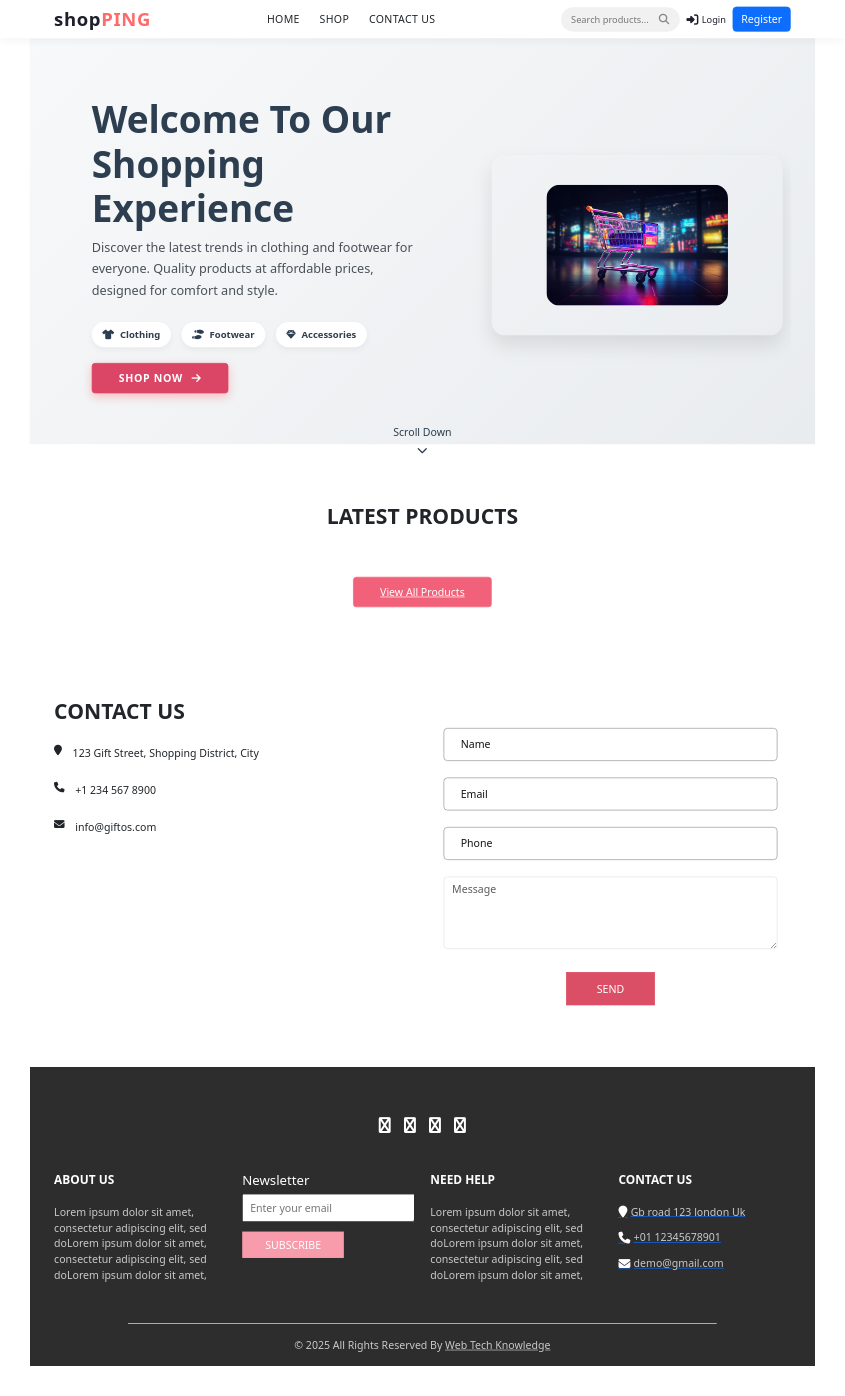
Repository: hahuuchinh2501/ecommerce_project
Page: http://localhost/
These files come from the project's save history. The page is drawn as it stood at one moment and after the next save; the edit follows.
The browser window is 1280 px wide. The pictures show the whole page, at 66% of full size.
The page is served by the project's Laravel application, run on PHP 8.4 with Laravel 12. Other server files are loaded and not shown. Queries for data that is not in the repository find no rows.

Above is the page before, as saved 2025-04-09 15:57:39.

### app/Models/Product.php
<?php

namespace App\Models;

use Illuminate\Database\Eloquent\Factories\HasFactory;
use Illuminate\Database\Eloquent\Model;

class Product extends Model
{
    use HasFactory;

    protected $fillable = [
        'title',
        'description',
        'price',
        'image1',
        'image2',
        'image3',
        'category_id'
    ];

    public function category()
    {
        return $this->belongsTo(Category::class);
    }
}

### resources/views/home/index.blade.php
<!DOCTYPE html>
<html>

<head>
  @include('home.css')
</head>

<body>
  <div class="hero_area">
    <!-- header section strats -->
   @include('home.header')
    <!-- end header section -->
    <!-- slider section -->
    @include('home.slider')

    <!-- end slider section -->
  </div>
  <!-- end hero area -->

  <!-- shop section -->

    @include('home.product')

  <!-- end shop section -->







  <!-- contact section -->

  @include('home.contact')
  <!-- end contact section -->



  <!-- info section -->

 @include('home.footer')

</body>

</html>

### resources/views/home/header.blade.php
<!DOCTYPE html>
<html lang="en">
<head>
  <meta charset="UTF-8">
  <meta name="viewport" content="width=device-width, initial-scale=1.0">
  <title>shopPING - Fashion Store</title>
  <link href="https://cdnjs.cloudflare.com/ajax/libs/font-awesome/6.0.0-beta3/css/all.min.css" rel="stylesheet">
  @include('home.css')
</head>
<body>
  <header class="header">
    <div class="container">
      <nav class="navbar">
        <div class="brand">
          <a href="{{ url('/') }}" class="logo">shop<span>PING</span></a>
        </div>

        <div class="mobile-toggle">
          <i class="fas fa-bars"></i>
        </div>

        <ul class="nav-menu">
          <li class="nav-item">
            <a href="{{ url('/') }}" class="nav-link">Home</a>
          </li>
          <li class="nav-item dropdown">
            <a href="{{ url('view_shop') }}" class="nav-link">Shop</a>

          </li>

          <li class="nav-item">
            <a href="{{ url('view_contact') }}" class="nav-link">Contact Us</a>
          </li>
        </ul>

        <div class="user-actions">
          @if (Route::has('login'))
            @auth
              <a href="{{ url('myorders') }}" class="action-btn">
                <i class="fas fa-list-ul"></i>
                <span>Orders</span>
              </a>
              <a href="{{ url('mycart') }}" class="action-btn">
                <i class="fas fa-shopping-bag"></i>
                <span>Cart</span>
                <span class="cart-count">{{ $count }}</span>
              </a>
              <form class="search-form" action="{{ url('search') }}" method="GET">
    <input type="text" class="search-input" name="search_text" placeholder="Search products..." required>
    <button type="submit" class="search-btn">
        <i class="fas fa-search"></i>
    </button>
</form>



              <form method="POST" action="{{ route('logout') }}" class="logout-form">
                @csrf
                <button type="submit" class="logout-btn">
                  <i class="fas fa-sign-out-alt"></i>
                  <span>Logout</span>
                </button>
              </form>
              <a style="margin-left: 20px;" href="{{ url('/profile') }}">welcome: {{ Auth::user()->name }}</a>

            @else
              <form class="search-form" action="{{ url('search') }}" method="GET">
    <input type="text" class="search-input" name="search_text" placeholder="Search products..." required>
    <button type="submit" class="search-btn">
        <i class="fas fa-search"></i>
    </button>
</form>

              <a href="{{ url('/login') }}" class="action-btn" style="margin: 10px;">
                <i class="fas fa-sign-in-alt"></i>
                <span>Login</span>
              </a>
              <a href="{{ url('/register') }}" class="btn btn-primary">Register</a>
            @endauth
          @endif
        </div>
      </nav>
    </div>
  </header>

  <script>

    window.addEventListener('scroll', function() {
      const header = document.querySelector('.header');
      if (window.scrollY > 50) {
        header.classList.add('header-scrolled');
      } else {
        header.classList.remove('header-scrolled');
      }
    });


    const mobileToggle = document.querySelector('.mobile-toggle');
    const navMenu = document.querySelector('.nav-menu');

    if (mobileToggle) {
      mobileToggle.addEventListener('click', function() {
        navMenu.classList.toggle('active');
      });
    }


    const dropdowns = document.querySelectorAll('.dropdown');

    dropdowns.forEach(dropdown => {
      dropdown.addEventListener('click', function(e) {
        if (window.innerWidth < 992) {
          e.preventDefault();
          this.classList.toggle('active');
        }
      });
    });
  </script>
</body>
</html>

### resources/views/home/slider.blade.php
<!DOCTYPE html>
<html lang="en">
<head>
  <meta charset="UTF-8">
  <meta name="viewport" content="width=device-width, initial-scale=1.0">
  <title>Enhanced Shopping Slider</title>
  <link href="https://cdnjs.cloudflare.com/ajax/libs/font-awesome/6.4.0/css/all.min.css" rel="stylesheet">
  <link href="https://cdnjs.cloudflare.com/ajax/libs/bootstrap/5.3.0/css/bootstrap.min.css" rel="stylesheet">
  <style>
    :root {
      --primary-color: #ff6b6b;
      --secondary-color: #546de5;
      --text-color: #2c3e50;
      --light-color: #f8f9fa;
    }


    .slider_section {
      padding-top: 70px;
      background: linear-gradient(135deg, #f8f9fa 0%, #e9ecef 100%);
      min-height: 90vh;
      display: flex;
      align-items: center;
    }

    .detail-box {
      padding: 2rem 1rem 2rem 3rem;
    }

    .detail-box h1 {
      font-size: 3.5rem;
      font-weight: 700;
      margin-bottom: 1.5rem;
      color: var(--text-color);
      line-height: 1.2;
      position: relative;
    }



    .detail-box p {
      font-size: 1.2rem;
      line-height: 1.7;
      color: #495057;
      margin-bottom: 2rem;
      max-width: 500px;
    }

    .detail-box a {
      display: inline-block;
      padding: 12px 30px;
      background-color: var(--primary-color);
      color: white;
      text-decoration: none;
      border-radius: 30px;
      font-weight: 600;
      letter-spacing: 1px;
      transition: all 0.3s ease;
      box-shadow: 0 5px 15px rgba(255, 107, 107, 0.4);
    }

    .detail-box a:hover {
      background-color: var(--secondary-color);
      transform: translateY(-3px);
      box-shadow: 0 8px 20px rgba(84, 109, 229, 0.5);
    }

    .img-box {
      position: relative;
      overflow: hidden;
      border-radius: 20px;
      box-shadow: 0 15px 30px rgba(0, 0, 0, 0.1);
    }

    .img-box img {
      width: 100%;
      height: 100%;
      transition: transform 0.5s ease;
      object-fit: cover;
      border-radius: 20px;
    }

    .img-box:hover img {
      transform: scale(1.05);
    }

    .category-badges {
      margin-top: 2rem;
      display: flex;
      flex-wrap: wrap;
      gap: 1rem;
    }

    .category-badge {
      padding: 8px 16px;
      background-color: white;
      border-radius: 20px;
      font-weight: 600;
      color: var(--text-color);
      font-size: 0.9rem;
      box-shadow: 0 4px 10px rgba(0, 0, 0, 0.05);
      transition: all 0.3s ease;
      cursor: pointer;
    }

    .category-badge:hover {
      background-color: var(--primary-color);
      color: white;
    }

    .category-badge i {
      margin-right: 5px;
    }

    .scroll-down {
      position: absolute;
      bottom: 30px;
      left: 50%;
      transform: translateX(-50%);
      display: flex;
      flex-direction: column;
      align-items: center;
      color: var(--text-color);
      animation: bounce 2s infinite;
    }

    @keyframes bounce {
      0%, 20%, 50%, 80%, 100% {
        transform: translateY(0) translateX(-50%);
      }
      40% {
        transform: translateY(-15px) translateX(-50%);
      }
      60% {
        transform: translateY(-10px) translateX(-50%);
      }
    }

    @media (max-width: 992px) {
      .detail-box h1 {
        font-size: 2.8rem;
      }

      .slider_section {
        padding-top: 50px;
        min-height: auto;
      }
    }

    @media (max-width: 768px) {
      .detail-box {
        padding: 2rem 1rem;
        text-align: center;
        order: 2;
      }

      .detail-box h1 {
        font-size: 2.5rem;
      }

      .detail-box h1::after {
        left: 50%;
        transform: translateX(-50%);
      }

      .detail-box p {
        margin: 0 auto 2rem auto;
      }

      .img-box {
        margin-bottom: 2rem;
        order: 1;
      }

      .category-badges {
        justify-content: center;
      }
    }
  </style>
</head>
<body>
  <section class="slider_section">
    <div class="container">
      <div id="carouselExampleIndicators" class="carousel slide" data-bs-ride="carousel">
        <div class="carousel-inner">
          <div class="carousel-item active">
            <div class="container">
              <div class="row align-items-center">
                <div class="col-lg-7 col-md-12">
                  <div class="detail-box">
                    <h1>Welcome To Our <br>Shopping Experience</h1>
                    <p>Discover the latest trends in clothing and footwear for everyone. Quality products at affordable prices, designed for comfort and style.</p>

                    <div class="category-badges">
                      <div class="category-badge">
                        <i class="fas fa-tshirt"></i> Clothing
                      </div>
                      <div class="category-badge">
                        <i class="fas fa-shoe-prints"></i> Footwear
                      </div>
                      <div class="category-badge">
                        <i class="fas fa-gem"></i> Accessories
                      </div>
                    </div>

                    <a href="{{ url('view_shop') }}" class="mt-4">Shop Now <i class="fas fa-arrow-right ms-2"></i></a>
                  </div>
                </div>
                <div class="col-lg-5 col-md-12">
                  <div class="img-box">
                    <img src="/images/image3.jpeg" alt="Fashion Collection" />
                  </div>
                </div>
              </div>
            </div>
          </div>
        </div>
      </div>
    </div>
    <div class="scroll-down">
      <span>Scroll Down</span>
      <i class="fas fa-chevron-down mt-2"></i>
    </div>
  </section>

  <script src="https://cdnjs.cloudflare.com/ajax/libs/bootstrap/5.3.0/js/bootstrap.bundle.min.js"></script>
</body>
</html>

### resources/views/home/product.blade.php
 <section class="shop_section layout_padding">
    <div class="container">
      <div class="heading_container heading_center">
        <h2>
          Latest Products
        </h2>
      </div>
      <div class="row">
        @foreach($product as $products )


        <div class="col-sm-6 col-md-4 col-lg-3">
          <div class="box">

              <div class="img-box">
                <img src="products/{{ $products->image1 }}" alt="">
              </div>
              <div class="detail-box">
                <h6>
                  {{ $products->title }}
                </h6>
                <h6>
                  Price
                  <span>
                    {{ $products->price }}
                  </span>
                </h6>
              </div>

            <div style="padding:15px">
              <a class="btn btn-dark" style="color: white" href="{{ url('product_details', $products->id) }}">
                Details
              </a>
               <a class="btn btn-white" style="border: 1px solid " href="{{ url('add_cart', $products->id) }}">
                add cart
              </a>
          </div>
          </div>
        </div>
        @endforeach
        </div>
      </div>
      <div class="btn-box">
        <a href="{{ url('view_shop') }}">
          View All Products
        </a>
      </div>
    </div>
  </section>

### resources/views/home/contact.blade.php
<section class="contact_section py-5">
  <div class="container">
    <div class="row">
      <div class="col-md-6">
        <div class="heading_container mb-4">
          <h2>Contact Us</h2>
        </div>
        <div class="contact_info">
          <div class="info_item d-flex mb-3">
            <i class="fa fa-map-marker mr-3" aria-hidden="true"></i>
            <p>123 Gift Street, Shopping District, City</p>
          </div>
          <div class="info_item d-flex mb-3">
            <i class="fa fa-phone mr-3" aria-hidden="true"></i>
            <p>+1 234 567 8900</p>
          </div>
          <div class="info_item d-flex mb-3">
            <i class="fa fa-envelope mr-3" aria-hidden="true"></i>
            <p>info@giftos.com</p>
          </div>
        </div>
      </div>
      <div class="col-md-6">
        <form action="#">
          <div class="form-group">
            <input type="text" class="form-control" placeholder="Name" required />
          </div>
          <div class="form-group">
            <input type="email" class="form-control" placeholder="Email" required />
          </div>
          <div class="form-group">
            <input type="text" class="form-control" placeholder="Phone" />
          </div>
          <div class="form-group">
            <textarea class="form-control" rows="4" placeholder="Message" required></textarea>
          </div>
          <button type="submit" class="btn btn-primary">SEND</button>
        </form>
      </div>
    </div>
  </div>
</section>

### resources/views/home/footer.blade.php
<section class="info_section  layout_padding2-top">
    <div class="social_container">
      <div class="social_box">
        <a href="">
          <i class="fa fa-facebook" aria-hidden="true"></i>
        </a>
        <a href="">
          <i class="fa fa-twitter" aria-hidden="true"></i>
        </a>
        <a href="">
          <i class="fa fa-instagram" aria-hidden="true"></i>
        </a>
        <a href="">
          <i class="fa fa-youtube" aria-hidden="true"></i>
        </a>
      </div>
    </div>
    <div class="info_container ">
      <div class="container">
        <div class="row">
          <div class="col-md-6 col-lg-3">
            <h6>
              ABOUT US
            </h6>
            <p>
              Lorem ipsum dolor sit amet, consectetur adipiscing elit, sed doLorem ipsum dolor sit amet, consectetur adipiscing elit, sed doLorem ipsum dolor sit amet,
            </p>
          </div>
          <div class="col-md-6 col-lg-3">
            <div class="info_form ">
              <h5>
                Newsletter
              </h5>
              <form action="#">
                <input type="email" placeholder="Enter your email">
                <button>
                  Subscribe
                </button>
              </form>
            </div>
          </div>
          <div class="col-md-6 col-lg-3">
            <h6>
              NEED HELP
            </h6>
            <p>
              Lorem ipsum dolor sit amet, consectetur adipiscing elit, sed doLorem ipsum dolor sit amet, consectetur adipiscing elit, sed doLorem ipsum dolor sit amet,
            </p>
          </div>
          <div class="col-md-6 col-lg-3">
            <h6>
              CONTACT US
            </h6>
            <div class="info_link-box">
              <a href="">
                <i class="fa fa-map-marker" aria-hidden="true"></i>
                <span> Gb road 123 london Uk </span>
              </a>
              <a href="">
                <i class="fa fa-phone" aria-hidden="true"></i>
                <span>+01 12345678901</span>
              </a>
              <a href="">
                <i class="fa fa-envelope" aria-hidden="true"></i>
                <span> demo@gmail.com</span>
              </a>
            </div>
          </div>
        </div>
      </div>
    </div>
    <!-- footer section -->
    <footer class=" footer_section">
      <div class="container">
        <p>
          &copy; <span id="displayYear"></span> All Rights Reserved By
          <a href="https://html.design/">Web Tech Knowledge</a>
        </p>
      </div>
    </footer>
    <!-- footer section -->

  </section>

  <!-- end info section -->


  <script src="{{asset('js/jquery-3.4.1.min.js') }}"></script>
  <script src="{{asset('js/bootstrap.js') }}"></script>
  <script src="https://cdnjs.cloudflare.com/ajax/libs/OwlCarousel2/2.3.4/owl.carousel.min.js">
  </script>
  <script src="{{asset('js/custom.js') }}"></script>

### public/css/responsive.css
@media (max-width: 1120px) {
    .saving_section .detail-box {
        padding: 0;
    }
}

@media (max-width: 992px) {
    .user_option {
        justify-content: center;
        margin-left: 0;
        margin-top: 10px;

    }

    .custom_nav-container {
        flex-direction: row;
    }

    .custom_nav-container .navbar-nav {
        align-items: center;
    }

    #navbarSupportedContent .navbar-nav .nav-link {
        margin: 5px 0;
    }

    .slider_section .detail-box {
        padding-left: 0;
    }

    .slider_section .detail-box h1 {
        font-size: 3rem;
    }

    .slider_section .img-box {
        padding: 0;
    }

    .saving_section .row {
        flex-direction: column-reverse;
    }

    .saving_section .detail-box {

        margin-bottom: 30px;
    }

    .client_section .box {
        margin: 15px 25px;
    }

    .client_section .carousel_btn-box {
        display: flex;
        justify-content: center;
        margin-top: 45px;
    }

    .client_section .carousel-control-prev,
    .client_section .carousel-control-next {
        position: unset;
        margin: 0 2.5px;
        width: 45px;
        height: 45px;
    }
}

@media (max-width: 768px) {
    .hero_area {
        padding: 0 25px;
    }

    .slider_section .img-box {
        margin-bottom: 45px;
    }

    .saving_section,
    .gift_section {
        padding-left: 25px;
        padding-right: 25px;
    }

    .gift_section .box {
        padding: 45px 0;
    }

    .gift_section .img-box {
        padding: 0 15px;
        margin-bottom: 45px;
    }

    .info_section .row>div {
        text-align: center;
        display: flex;
        flex-direction: column;
        align-items: center;

    }

    .info_section {
        margin: 0 25px 25px;
    }


}

@media (max-width: 576px) {
    .contact_section {
        padding-left: 25px;
        padding-right: 25px;
    }
}

@media (max-width: 480px) {

    .saving_section .detail-box,
    .gift_section .detail-box {
        padding: 0 5px;
    }
}

@media (max-width: 420px) {}

@media (max-width: 376px) {}

@media (min-width: 1200px) {
    .container {
        max-width: 1170px;
    }
}

Loaded but not shown: app/Providers/AppServiceProvider.php (common file); routes/auth.php (common file); app/Http/Controllers/Auth/EmailVerificationPromptController.php (common file); app/Http/Controllers/Controller.php (common file); app/Http/Controllers/Auth/VerifyEmailController.php (common file); public/css/bootstrap.css (library); public/js/jquery-3.4.1.min.js (library); public/js/bootstrap.js (library); public/js/custom.js (common file); public/css/font-awesome.min.css (library); public/css/style.css (856 lines, source omitted); resources/views/home/css.blade.php (421 lines, source omitted); app/Http/Controllers/HomeController.php (308 lines, source omitted); routes/web.php (110 lines, source omitted)

After the next save:
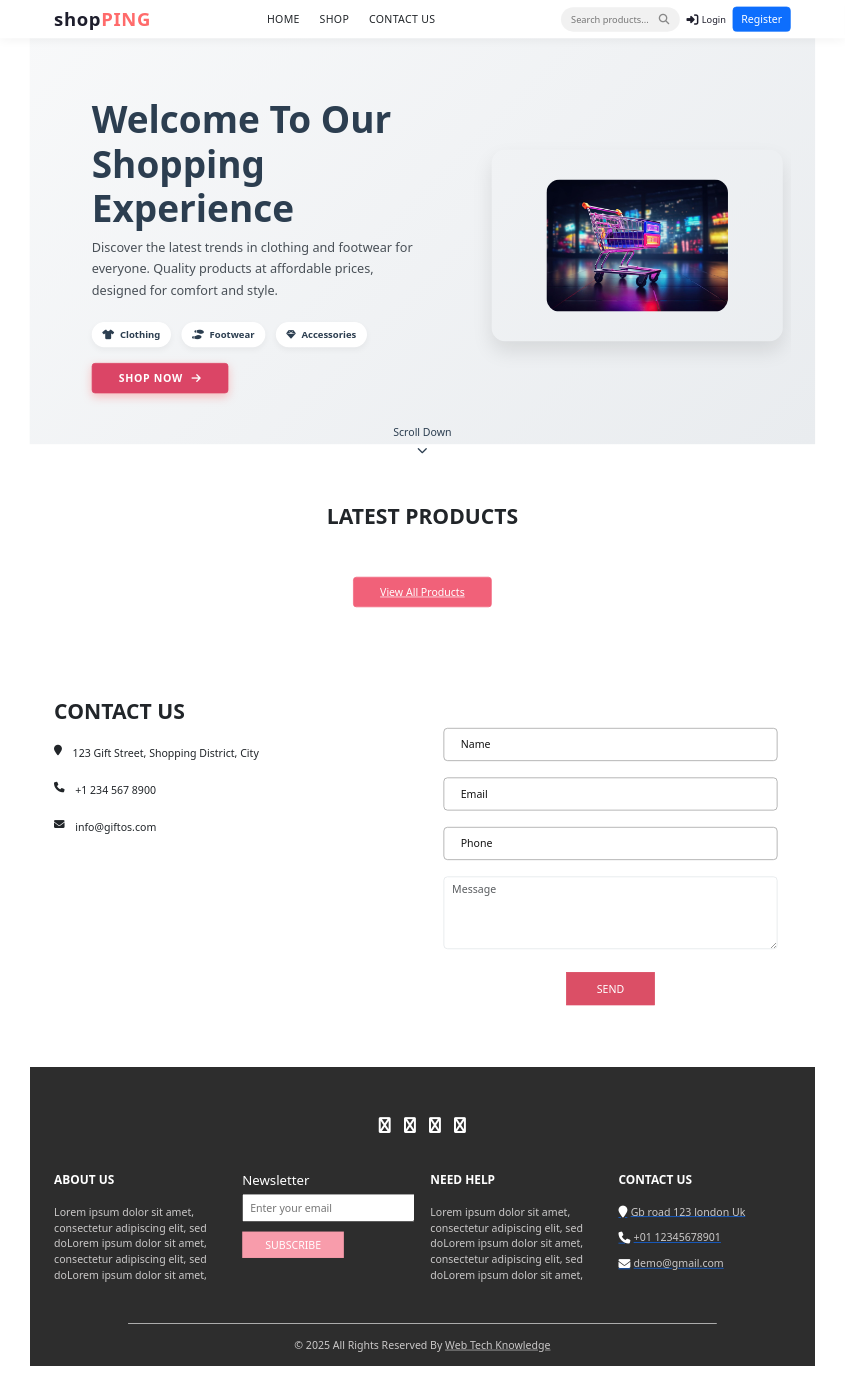
Saved 16 s later.
--- a/resources/views/home/slider.blade.php
+++ b/resources/views/home/slider.blade.php
@@ -74,7 +74,7 @@
 
     .img-box img {
       width: 100%;
-      height: 100%;
+      height: 200px;
       transition: transform 0.5s ease;
       object-fit: cover;
       border-radius: 20px;

After the save that followed:
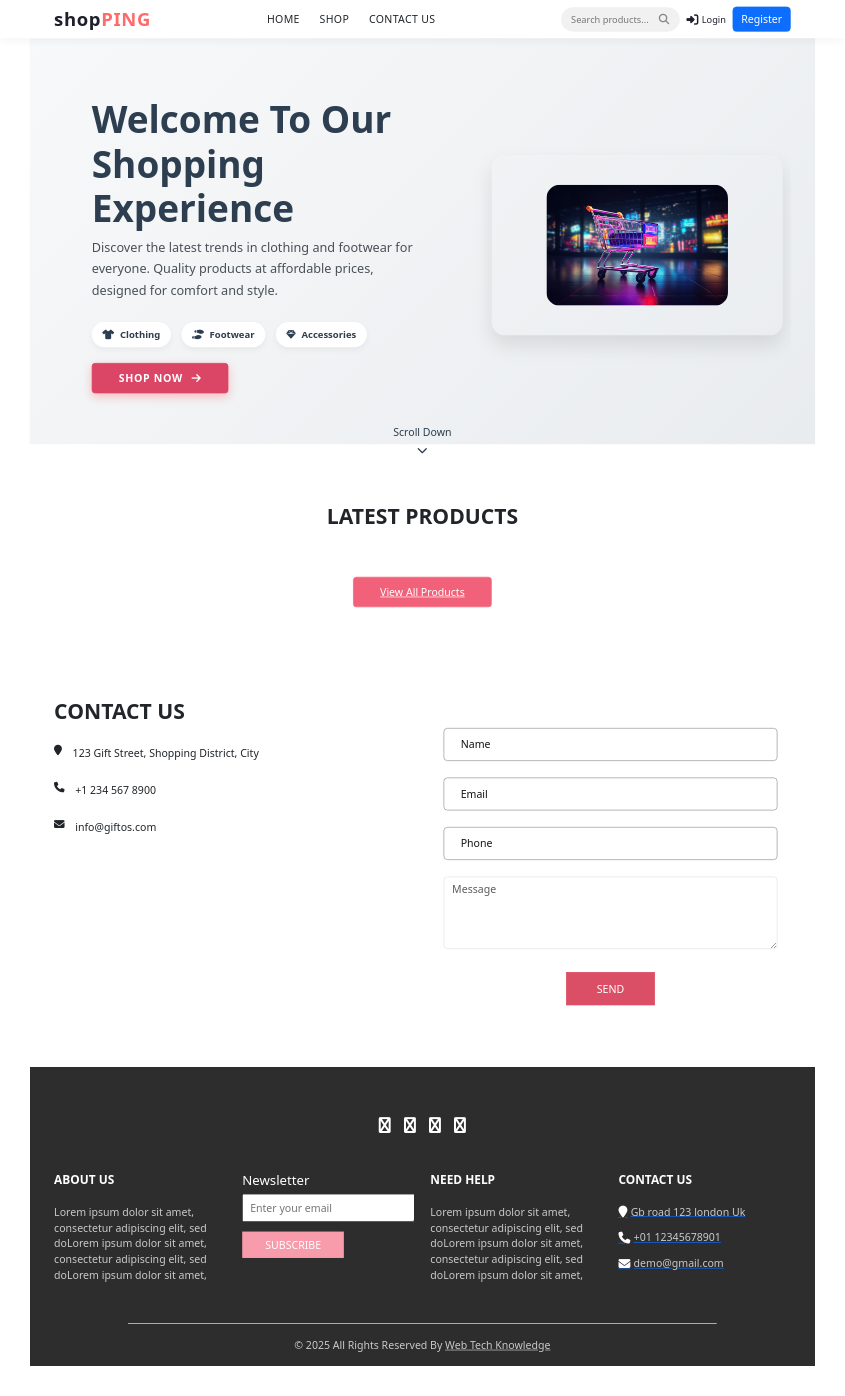
Saved 38 s later.
--- a/resources/views/home/slider.blade.php
+++ b/resources/views/home/slider.blade.php
@@ -74,7 +74,7 @@
 
     .img-box img {
       width: 100%;
-      height: 200px;
+      height: auto;
       transition: transform 0.5s ease;
       object-fit: cover;
       border-radius: 20px;
